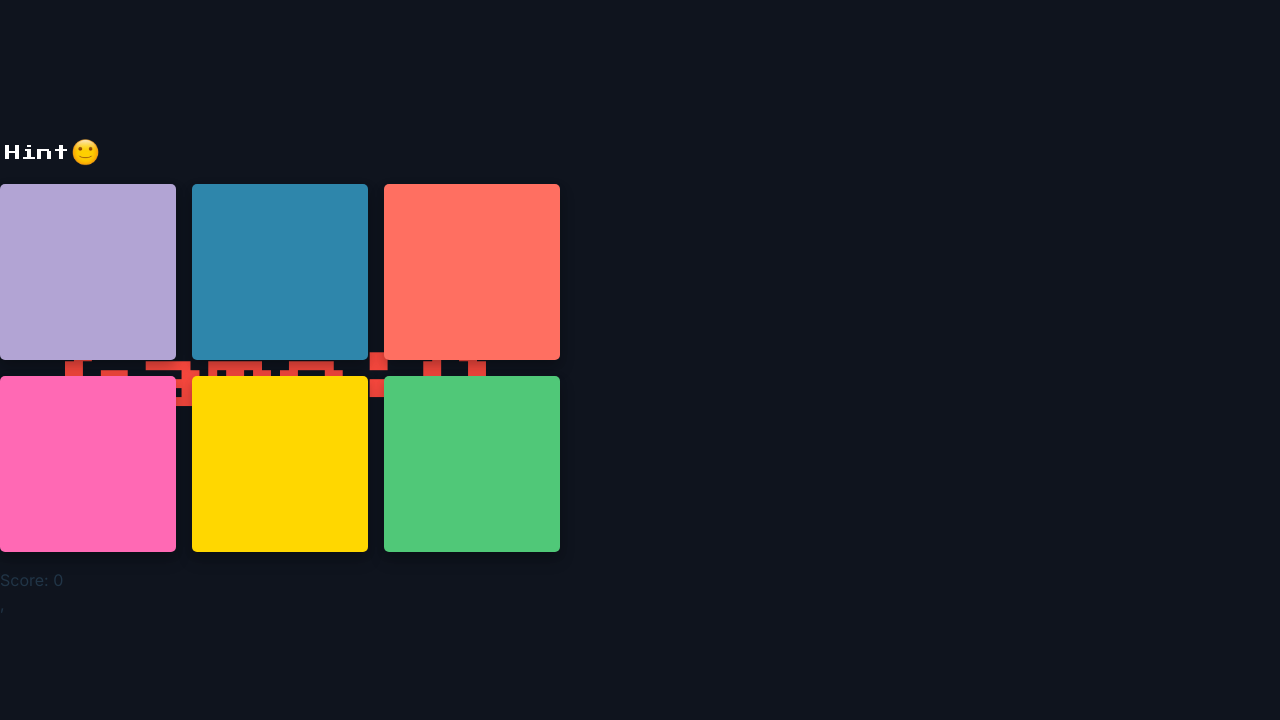
Repository: Shenixo/Color_match_game
Page: /game_play
An editor plug-in stored every save of this project. The page is shown before and after the next save, followed by the edit.
The browser window is 1280 px wide. The pictures show the whole page.
The project was rebuilt for these pictures with package versions that can differ from the ones it lists, and the page was loaded fresh each time. Also part of the build but not shown: vite.config.js, src/Components/Tab/Tab.css, src/Components/Tab/Tab.jsx, src/Pages/Home/Home.jsx, src/Pages/Rules/Rules.css, src/Pages/Rules/Rules.jsx, src/Pages/Sound/Sound.jsx. Imported but missing from the stored project, and not drawn on this page: src/assets/button_clicks.wav, src/assets/game_theme_sound.mp4.

Above is the page before, as saved 2025-02-04 03:03:10.

### index.html
<!DOCTYPE html>
<html lang="en">
  <head>
    <meta charset="UTF-8" />
    <link rel="icon" type="image/svg+xml" href="/vite.svg" />
    <meta name="viewport" content="width=device-width, initial-scale=1.0" />
    <link rel="preconnect" href="https://fonts.googleapis.com" />
    <link rel="preconnect" href="https://fonts.gstatic.com" crossorigin />
    <link rel="preconnect" href="https://fonts.googleapis.com">
<link rel="preconnect" href="https://fonts.gstatic.com" crossorigin>
<link href="https://fonts.googleapis.com/css2?family=Inter:ital,opsz,wght@0,14..32,100..900;1,14..32,100..900&family=Poppins:ital,wght@0,100;0,200;0,300;0,400;0,500;0,600;0,700;0,800;0,900;1,100;1,200;1,300;1,400;1,500;1,600;1,700;1,800;1,900&family=Press+Start+2P&display=swap" rel="stylesheet">
    <title>Color Match</title>
  </head>
  <body>
    <div id="root"></div>
    <script type="module" src="/src/main.jsx"></script>
  </body>
</html>

### src/App.jsx
import { Route, Routes } from "react-router-dom";
import "./App.css";
import Home from "./Pages/Home/Home";
import Rules from "./Pages/Rules/Rules";
import Sound from "./Pages/Sound/Sound";
import GamePlay from "./Pages/GamePlay/GamePlay";

function App() {
  return (
    <div>
      <Routes>
        <Route path="/" element={<Home />} />
        <Route path="/game_play" element={<GamePlay/>}/>
        <Route path="/rules" element={<Rules />} />
        <Route path="/sound" element={<Sound />} />
      </Routes>
    </div>
  );
}

export default App;

### src/App.css
*{
  padding: 0;
  margin: 0;
  box-sizing: border-box;
  font-family: "Inter", serif;
}
body{
  background: #0f141e;
}

### src/Pages/GamePlay/GamePlay.jsx
import {Card, listenForScoreUpdates } from "../../Components/Card/Card"
import Title from "../../Components/Title/Title"
import "./GamePlay.css"
import ScoreNdColorBox from "../../Components/ScoreNdColorBox/ScoreNdColorBox"
import { useEffect, useState } from "react"
import ChosenColor from "../../Components/ChosenColorDisplay/ChosenColorDisplay"


const GamePlay = () => {
  const [score, setScore] = useState(0);
  useEffect(() => {
    listenForScoreUpdates(setScore);
  }, []);
  return (
    <div>
      <div className="container">
        <span className="bulb">
        <Title content={`Game:${score}`} />
        <ChosenColor/>
        </span>
        <div className="game-tab">
        <ScoreNdColorBox/>
        </div>
        <Card/>
      </div>
    </div>
  )
}

export default GamePlay

### src/Components/Title/Title.jsx
/* eslint-disable react/prop-types */
import "./Title.css"
import brain from "../../assets/brain.png"
import { Link } from "react-router-dom"
import { TabClick } from "../../Components/Sound/Sound";
const Title = ({content}) => {
  return (
    <div className="title">
          <h1>{content}</h1>
          <Link to="/">
          <img src={brain} onClick={TabClick} alt="Brain image" width={80} />
          </Link>
    </div>
  )
}

export default Title

### src/Pages/Home/Home.css
.home{
    width: 100%;
    max-height: 100svh;
}
.container{
    display: flex;
    align-items: center;
    justify-content: center;
    margin-top: 6%;
    flex-direction: column;
    gap: 1rem;
}

### src/Components/Sound/Sound.jsx
import Game_sound from "../../assets/game_theme_sound.mp4";
import Tab_sound from "../../assets/button_clicks.wav";

let game_theme = new Audio(Game_sound);
game_theme.loop = true;
const GameTheme = () => {
  if (game_theme.paused) {
    game_theme.play();
  } else {
    game_theme.pause();
    game_theme.currentTime = 0;
  }
};


const TabClick = () => {
  const tab_clicks = new Audio(Tab_sound)
  tab_clicks.play()
}
export { GameTheme, TabClick };

### src/Components/Card/Card.jsx
import { useState, useEffect } from "react";
import "./Card.css";
import { TabClick } from "../../Components/Sound/Sound";

const fineColors = [
  "#2E86AB",
  "#FF6F61",
  "#50C878",
  "#B2A4D4",
  "#FFD700",
  "#FF69B4",
];

let score = 0;
const setGlobalScore = (newScore) => {
  score = newScore;
  document.dispatchEvent(new CustomEvent("scoreUpdated", { detail: score }));
};

const Card = () => {
  const cardArr = Array.from({ length: 6 });
  const [shuffledColors, setShuffledColors] = useState([...fineColors]);
  const [localScore, setLocalScore] = useState(score);
  const [chosenColor, setChosenColor] = useState(null);
  const [clickEnabled, setClickEnabled] = useState(false);
  const [showHint, setShowHint] = useState(true);

  useEffect(() => {
    startNewRound();
  }, []);

  const startNewRound = () => {
    setClickEnabled(false);
    setShowHint(true);

    const randomColor = fineColors[Math.floor(Math.random() * fineColors.length)];
    setChosenColor(randomColor);

    // Dispatch the chosen color event
    document.dispatchEvent(new CustomEvent("colorChosen", { detail: randomColor }));

    setTimeout(() => {
      const shuffled = [...fineColors].sort(() => Math.random() - 0.5);
      setShuffledColors(shuffled);
      setClickEnabled(true);
      setShowHint(false);
    }, 4000);
  };

  const handleWinState = () => {
    setLocalScore((prev) => {
      const newScore = prev + 1;
      setGlobalScore(newScore);
      return newScore;
    });
  };

  const handleLoseState = () => {
    setLocalScore((prev) => {
      const newScore = prev - 1;
      setGlobalScore(newScore);
      return newScore;
    });
  };

  const handleCheckPlayerClick = (clickedIndex) => {
    if (!clickEnabled) return;

    const clickedColor = shuffledColors[clickedIndex];

    if (clickedColor === chosenColor) {
      handleWinState();
    } else {
      handleLoseState();
    }

    TabClick();
    setClickEnabled(false);

    setTimeout(() => {
      startNewRound();
    }, 1000);
  };

  return (
    <div className="card">
      {cardArr.map((_, idx) => (
        <button
          onClick={() => handleCheckPlayerClick(idx)}
          className={showHint && shuffledColors[idx] === chosenColor ? "chosen_card" : ""}
          style={{ background: shuffledColors[idx] }}
          key={idx}
          disabled={!clickEnabled}
        />
      ))}
      <p>Score: {localScore}</p>
    </div>
  );
};

export { Card, setGlobalScore };

export const listenForScoreUpdates = (callback) => {
  document.addEventListener("scoreUpdated", (event) => {
    callback(event.detail);
  });
};

### src/Pages/GamePlay/GamePlay.css
.game-tab{
    display: flex;
    align-items: center;
    justify-content: space-between;
    width: 550px;
}
.bulb{
    position: absolute;
    /* top: 10px; */
}

### src/Components/ScoreNdColorBox/ScoreNdColorBox.jsx
import sadEmoji from "../../assets/emoji.png"
import "./ScoreNdColorBox.css";
const ScoreNdColorBox = () => {

  return (
    <div className="score_nd_color_box">
      <div className="target_card">
        <p>Hint</p>
        <img style={{marginLeft: "-15px"}} src={sadEmoji} width={30} alt="Sad emoji" />
        {/* <ChosenColor/> */}
      </div>
    </div>
  );
};

export default ScoreNdColorBox;

### src/Components/ChosenColorDisplay/ChosenColorDisplay.jsx
import { useState, useEffect } from "react";
import EmojiObjectsIcon from "@mui/icons-material/EmojiObjects";

const ChosenColorDisplay = () => {
  const [chosenColor, setChosenColor] = useState(null);

  useEffect(() => {
    const handleColorChosen = (event) => {
      setChosenColor(event.detail);
    };
    document.addEventListener("colorChosen", handleColorChosen);
    return () => {
      document.removeEventListener("colorChosen", handleColorChosen);
    };
  }, []);
  return (
    <span>
      <EmojiObjectsIcon
        style={{
          color: chosenColor || "#ccc",
          fontSize: 30,
          marginLeft: "-20px",
          filter: chosenColor
            ? `drop-shadow(0px 0px 14px ${chosenColor})`
            : "none",
          transition: "filter 0.3s ease-in-out",
        }}
      />
    </span>
  );
};

export default ChosenColorDisplay;

### src/Components/Title/Title.css
.title {
  display: flex;
  align-items: center;
  gap: 1rem;
  color: #f6483e;
  font-size: 1.4rem;
  margin-bottom: 2.5rem;
  flex-direction: column-reverse;
}
.title h1 {
  font-family: "Press Start 2P", serif;
}
.title img{
  position: relative;
}

### src/Components/Card/Card.css
.card {
  display: grid;
  grid-template-columns: 1fr 1fr 1fr;
  gap: 1rem;
  transition: all 0.5s ease-in-out;
  justify-content: center;
  align-items: center;
  position: relative;
}
.card button {
  width: 11rem;
  cursor: pointer;
  height: 11rem;
  border-radius: 5px;
  transition: transform 0.5s ease-in-out, opacity 0.5s ease-in-out;
  box-shadow: 0px 8px 16px rgba(0, 0, 0, 0.2), 0px 4px 8px rgba(0, 0, 0, 0.1);
  transition: .5s;
  border: none;
}
.card div:active{
  scale: .85;
}

.chosen_card {
  animation: pulse 1.2s 3 ease-in-out;
}

@keyframes pulse {
  0% {
    transform: scale(1);
  }
  50% {
    transform: scale(1.1);
  }
  100% {
    transform: scale(1);
  }
}

.card.collapse div {
  transform: scale(0.1) translate(-50%, -50%);
  opacity: 0;
}

.card.spread div {
  transform: scale(1) translate(0, 0);
  opacity: 1;
}

@media only screen and (max-width: 880px) {
  .card {
    grid-template-columns: 1fr 1fr;
  }
}

### src/Components/ScoreNdColorBox/ScoreNdColorBox.css

.random_card{
    border-radius: 5px;
    height: 2.4rem;
    width: 2.4rem;
}
.target_card{
    display: flex;
    align-items: center;
    gap: 1rem;
    font-size: 1rem;
    color: white;
    cursor: pointer;
}
.target_card p{
    font-family: "Press Start 2P", serif;

}

Loaded but not shown: src/main.jsx (common file); src/index.css (common file)

After the next save:
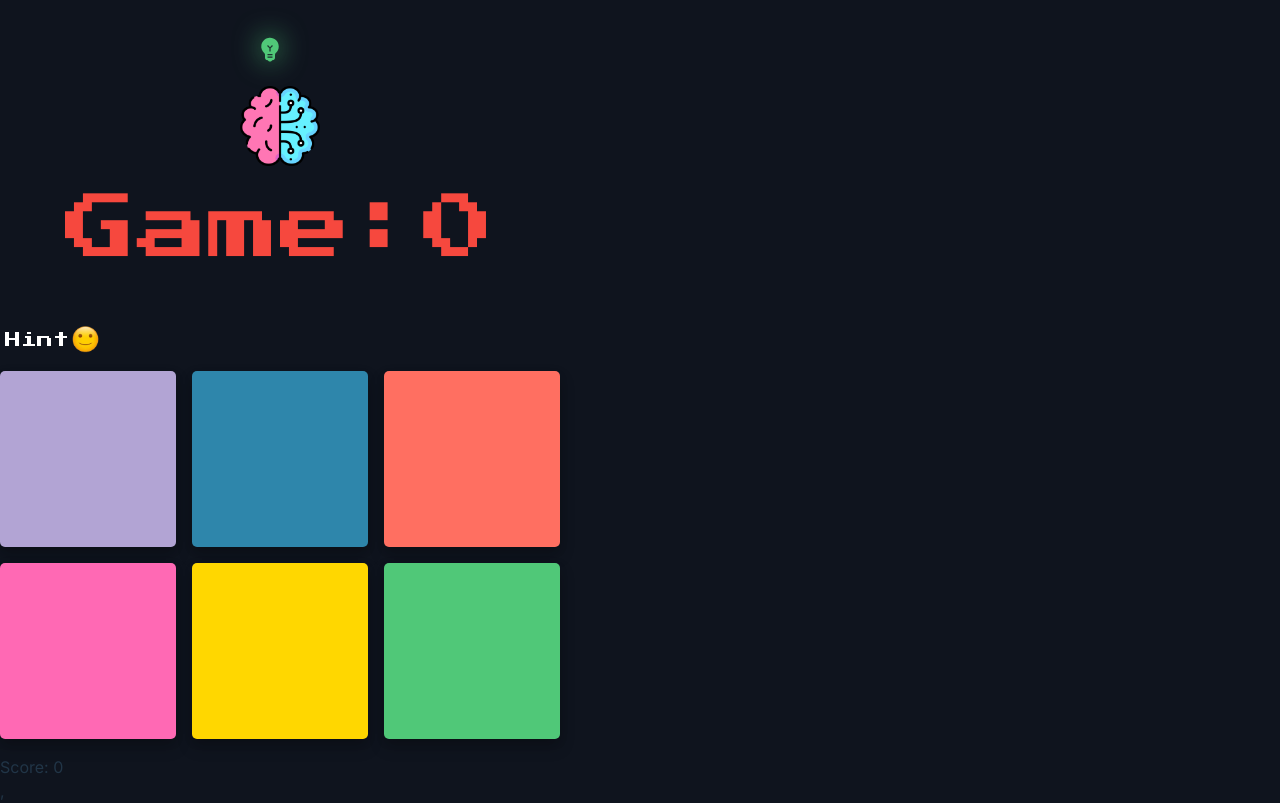
Saved 6 s later.
--- a/src/Pages/GamePlay/GamePlay.jsx
+++ b/src/Pages/GamePlay/GamePlay.jsx
@@ -14,10 +14,10 @@ const GamePlay = () => {
   return (
     <div>
       <div className="container">
-        <span className="bulb">
-        <Title content={`Game:${score}`} />
+        <span className="">
         <ChosenColor/>
         </span>
+        <Title content={`Game:${score}`} />
         <div className="game-tab">
         <ScoreNdColorBox/>
         </div>
